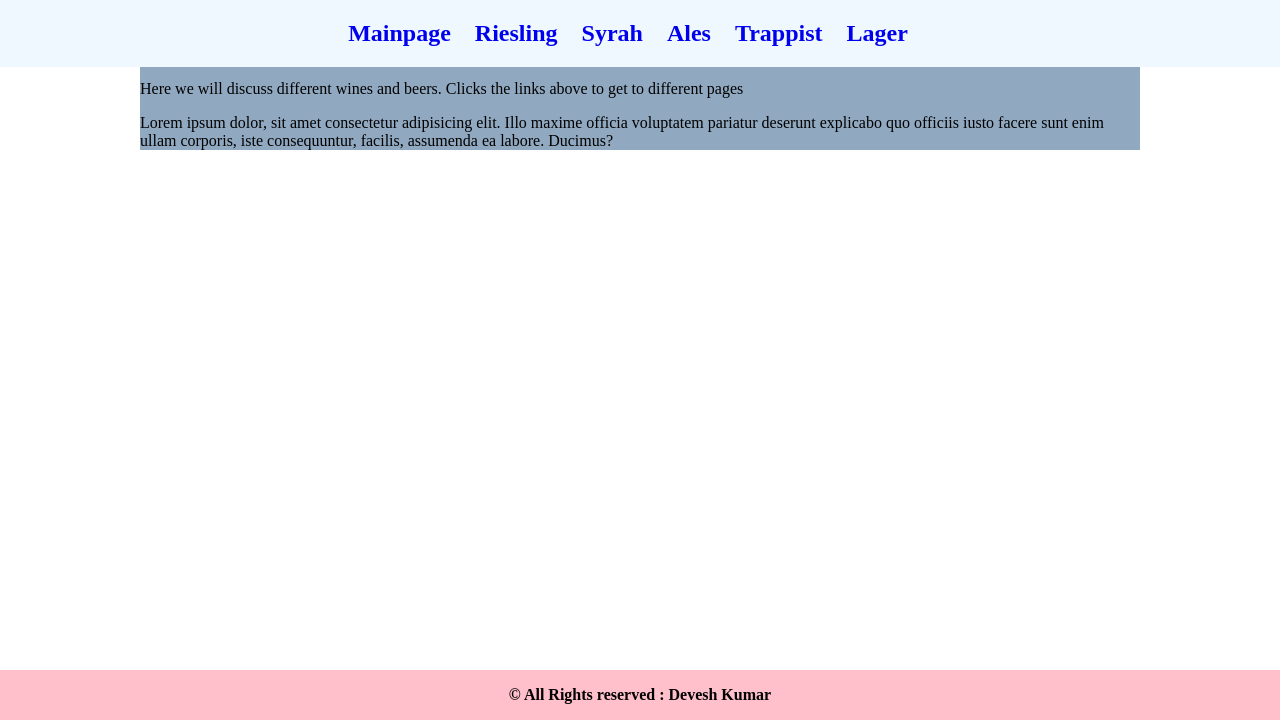
Repository: portretrieve/react-practice
Page: /
An editor plug-in stored every save of this project. The page is shown before and after the next save, followed by the edit.
The browser window is 1280 px wide. The pictures show the whole page.
The project was rebuilt for these pictures with package versions that can differ from the ones it lists, and the page was loaded fresh each time. Also part of the build but not shown: src/wines/Riesling.js, src/wines/Syrah.js, src/beers/Ale.js, src/beers/Lager.js, src/beers/Trappist.js.

Above is the page before, as saved 2021-08-26 19:59:22.

After the next save:
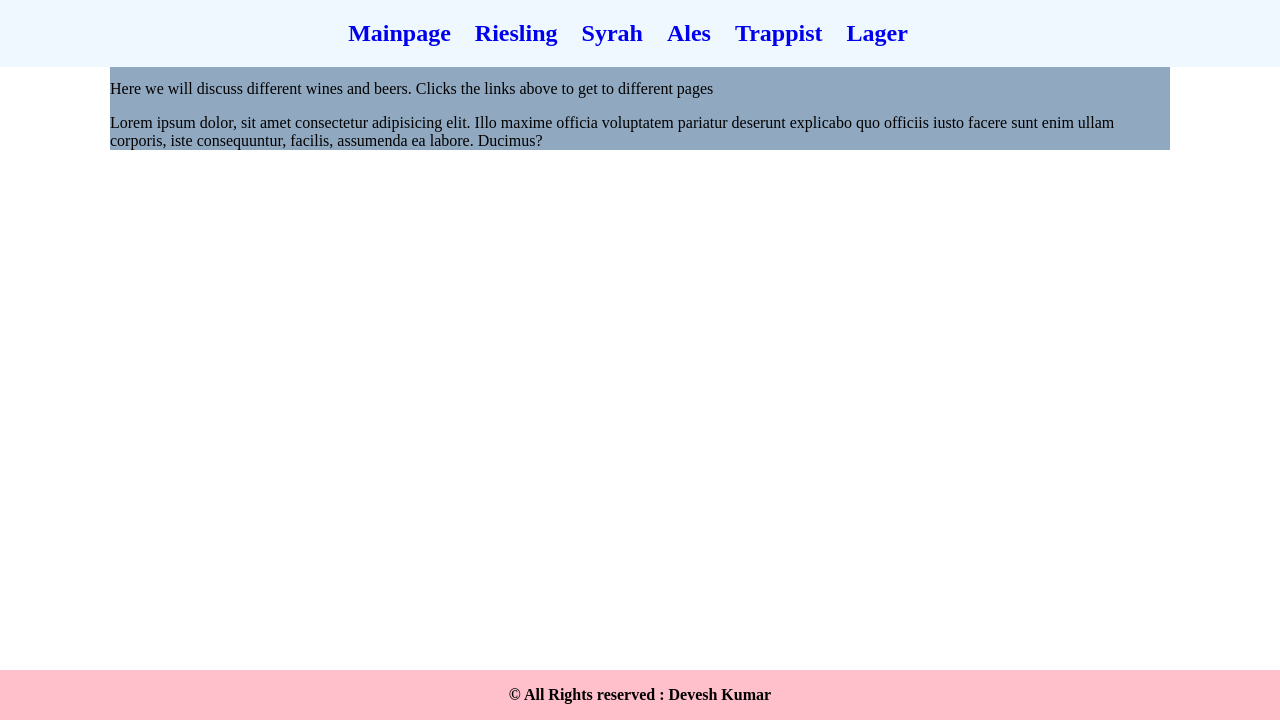
Saved 5 s later.
--- a/src/Util/centerContent.module.css
+++ b/src/Util/centerContent.module.css
@@ -1,5 +1,5 @@
 .container {
-    max-width: 1000px;
+    max-width: 1060px;
     width: 90%;
     margin: 0 auto;
     background-color: rgb(145, 169, 192);
